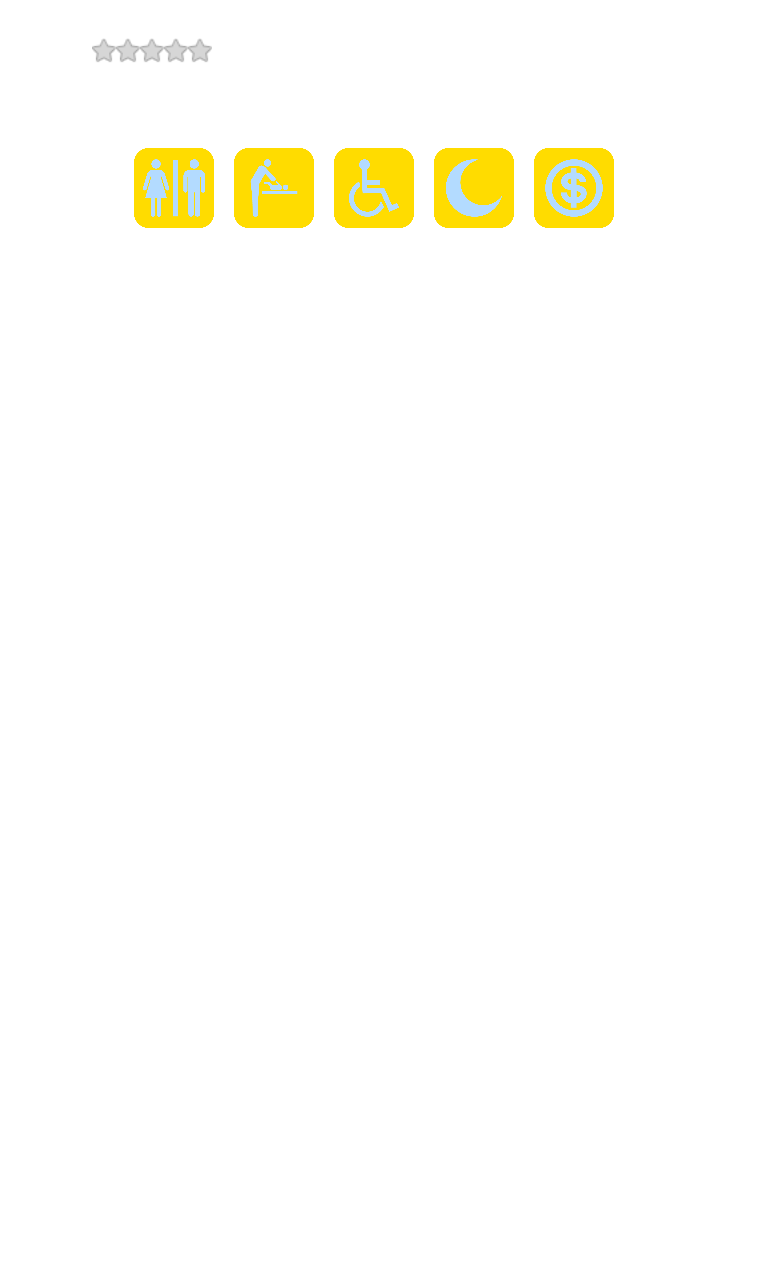
Repository: asocha/toilettalk
Layout: Android/workspace/ToiletTalk/res/layout/google_maps_marker.xml
An editor plug-in stored every save of this project. The layout is shown before and after the next save, followed by the edit.
It is drawn on a 768 x 1280 px phone screen (xhdpi) without system bars, with theme AppTheme; the app's code is not run.

Above is the layout before, as saved 2013-04-28 21:21:35.

### Android/workspace/ToiletTalk/res/layout/google_maps_marker.xml
<?xml version="1.0" encoding="utf-8"?>
<RelativeLayout xmlns:android="http://schemas.android.com/apk/res/android"
	android:layout_width="wrap_content"
	android:layout_height="wrap_content"
	android:orientation="horizontal">

	<ImageView
		android:id="@+id/marker_image"
		android:layout_width="40dp"
		android:layout_height="40dp"
		android:contentDescription="@string/restroom_image"/>

	<LinearLayout
	    android:id="@+id/marker_content"
		android:layout_width="wrap_content"
		android:layout_height="wrap_content"
		android:layout_toRightOf="@id/marker_image"
		android:paddingLeft="6dp"
		android:orientation="vertical">

		<TextView
			android:id="@+id/marker_title"
			android:layout_width="wrap_content"
			android:layout_height="wrap_content"
			android:textAppearance="?android:attr/textAppearanceSmall"/>

		<RatingBar
		    android:id="@+id/marking_rating"
		    android:layout_width="wrap_content"
		    android:layout_height="wrap_content"
		    style="?android:attr/ratingBarStyleSmall" />
	</LinearLayout>

	<TextView
		android:id="@+id/marker_address"
		android:layout_width="wrap_content"
		android:layout_height="wrap_content"
		android:layout_below="@id/marker_image"
		android:textAppearance="?android:attr/textAppearanceSmall"/>

	<LinearLayout
        android:id="@+id/view_icons"
        android:layout_width="wrap_content"
        android:layout_marginTop="15dp"
        android:layout_height="40dp"
        android:layout_below="@+id/marker_address"
        android:layout_centerHorizontal="true" >

        <ToggleButton
            android:id="@+id/button_unisex"
            android:layout_marginRight="10dp"
            android:layout_width="40dp"
            android:layout_height="fill_parent"
            android:background="@drawable/button_unisex"
            android:textOn=""
            android:textOff="" />

        <ToggleButton
            android:id="@+id/button_babystation"
            android:layout_marginRight="10dp"
            android:layout_width="40dp"
            android:layout_height="fill_parent"
            android:background="@drawable/button_baby_station"
            android:textOn=""
            android:textOff="" />

        <ToggleButton
            android:id="@+id/button_handicap"
            android:layout_marginRight="10dp"
            android:layout_width="40dp"
            android:layout_height="fill_parent"
            android:background="@drawable/button_handicap"
            android:textOn=""
            android:textOff="" />

        <ToggleButton
            android:id="@+id/button_24hours"
            android:layout_marginRight="10dp"
            android:layout_width="40dp"
            android:layout_height="fill_parent"
            android:background="@drawable/button_24hours"
            android:textOn=""
            android:textOff="" />

        <ToggleButton
            android:id="@+id/button_money"
            android:layout_marginRight="10dp"
            android:layout_width="40dp"
            android:layout_height="fill_parent"
            android:background="@drawable/button_money"
            android:textOn=""
            android:textOff="" />
    </LinearLayout>


</RelativeLayout>

### Android/workspace/ToiletTalk/res/values/styles.xml
<resources xmlns:android="http://schemas.android.com/apk/res/android">

    <!--
        Base application theme, dependent on API level. This theme is replaced
        by AppBaseTheme from res/values-vXX/styles.xml on newer devices.
    -->
    <style name="AppBaseTheme" parent="android:Theme.Light">
        <!--
            Theme customizations available in newer API levels can go in
            res/values-vXX/styles.xml, while customizations related to
            backward-compatibility can go here.
        -->
    </style>

    <!-- Application theme. -->
    <style name="AppTheme" parent="android:Theme.Light.NoTitleBar">
        <!-- All customizations that are NOT specific to a particular API-level can go here. -->
    </style>

   	<style name="Theme.Main" parent="android:Theme.Holo.Light">
   	    <item name="android:windowContentOverlay">@null</item>
	</style>

   	<style name="EditText.InputStyle" parent="android:Widget.EditText">
   	   	<item name="android:ems">10</item>
   	   	<item name="android:layout_marginBottom">@dimen/margin_textinputs</item>
   	   	<item name="android:layout_marginTop">@dimen/margin_textinputs</item>
   	</style>

   	<style name="customRatingBar" parent="@android:style/Widget.RatingBar">
        <item name="android:progressDrawable">@drawable/custom_rating_bar_full</item>
        <item name="android:minHeight">1dp</item>
        <item name="android:maxHeight">1dp</item>
    </style>

</resources>

### Android/workspace/ToiletTalk/res/values/strings.xml
<?xml version="1.0" encoding="utf-8"?>
<resources>

    <string name="app_name">ToiletTalk</string>
    <string name="action_settings">Settings</string>
    <string name="hello_world">Hello world!</string>
    <string name="register">Register</string>
    <string name="login">Login</string>
    <string name="continue_guest">Continue as guest</string>
	<string name="uname_hint">Username</string>
	<string name="pass_hint">Password</string>
	<string name="email">Email Address</string>
	<string name="gender">Gender</string>
	<string name="reg_submit">Sign me up!</string>
	<string name="logo_description">Toilet Talk</string>
	<string name="error_login">Invalid username/password combination</string>
	<string name="error_reg">Registration Failed. Please check imput.</string>
	<string name="error_generic">Submittion failed due to network error.</string>
	<string name="error_continue">Return</string>
	<string name="first_name">First Name</string>
	<string name="last_name">Last Name</string>
	<string name="button_reset_map">Reset Map</string>
	<string name="button_text_compose_review">Compose</string>
	<string name="button_menu">Menu</string>
	<string name="button_review">Submit</string>
	<string name="location_name">Location Name</string>
	<string name="restroom_image">Restroom Image</string>
	<string name="image_instructions">Tap on the above thumbnail to attach a new image</string>
	<string name="expand">Expand</string>
</resources>

### Android/workspace/ToiletTalk/res/drawable/button_unisex.xml
<?xml version="1.0" encoding="utf-8"?>
<selector xmlns:android="http://schemas.android.com/apk/res/android">
    <item android:drawable="@drawable/icon_unisex_selected" android:state_checked="true" android:state_pressed="true"/>
    <item android:drawable="@drawable/icon_unisex_selected" android:state_pressed="true"/>
    <item android:drawable="@drawable/icon_unisex_selected" android:state_checked="true" />
    <item android:drawable="@drawable/icon_unisex_unselected"/>
</selector>

### Android/workspace/ToiletTalk/res/drawable/button_baby_station.xml
<?xml version="1.0" encoding="utf-8"?>
<selector xmlns:android="http://schemas.android.com/apk/res/android">
    <item android:drawable="@drawable/icon_baby_station_selected" android:state_checked="true" android:state_pressed="true"/>
    <item android:drawable="@drawable/icon_baby_station_selected" android:state_pressed="true"/>
    <item android:drawable="@drawable/icon_baby_station_selected" android:state_checked="true" />
    <item android:drawable="@drawable/icon_baby_station_unselected"/>
</selector>

### Android/workspace/ToiletTalk/res/drawable/button_handicap.xml
<?xml version="1.0" encoding="utf-8"?>
<selector xmlns:android="http://schemas.android.com/apk/res/android">
    <item android:drawable="@drawable/icon_handicap_selected" android:state_checked="true" android:state_pressed="true"/>
    <item android:drawable="@drawable/icon_handicap_selected" android:state_pressed="true"/>
    <item android:drawable="@drawable/icon_handicap_selected" android:state_checked="true" />
    <item android:drawable="@drawable/icon_handicap_unselected"/>
</selector>

### Android/workspace/ToiletTalk/res/drawable/button_24hours.xml
<?xml version="1.0" encoding="utf-8"?>
<selector xmlns:android="http://schemas.android.com/apk/res/android">
    <item android:drawable="@drawable/icon_24hours_selected" android:state_checked="true" android:state_pressed="true"/>
    <item android:drawable="@drawable/icon_24hours_selected" android:state_pressed="true"/>
    <item android:drawable="@drawable/icon_24hours_selected" android:state_checked="true" />
    <item android:drawable="@drawable/icon_24hours_unselected"/>
</selector>

### Android/workspace/ToiletTalk/res/drawable/button_money.xml
<?xml version="1.0" encoding="utf-8"?>
<selector xmlns:android="http://schemas.android.com/apk/res/android">
    <item android:drawable="@drawable/icon_money_selected" android:state_checked="true" android:state_pressed="true"/>
    <item android:drawable="@drawable/icon_money_selected" android:state_pressed="true"/>
    <item android:drawable="@drawable/icon_money_selected" android:state_checked="true" />
    <item android:drawable="@drawable/icon_money_unselected"/>
</selector>

After the next save:
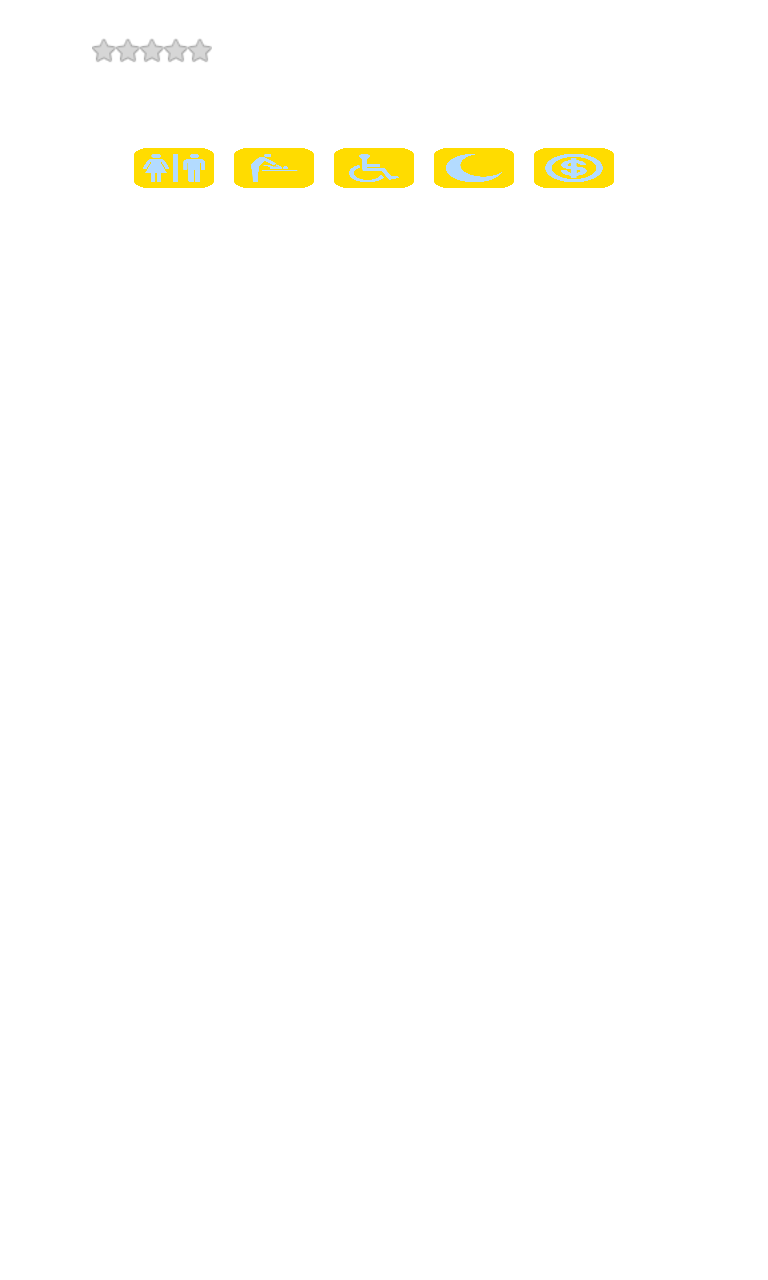
Saved 29 s later.
--- a/Android/workspace/ToiletTalk/res/layout/google_maps_marker.xml
+++ b/Android/workspace/ToiletTalk/res/layout/google_maps_marker.xml
@@ -42,7 +42,7 @@
         android:id="@+id/view_icons"
         android:layout_width="wrap_content"
         android:layout_marginTop="15dp"
-        android:layout_height="40dp"
+        android:layout_height="20dp"
         android:layout_below="@+id/marker_address"
         android:layout_centerHorizontal="true" >
 
